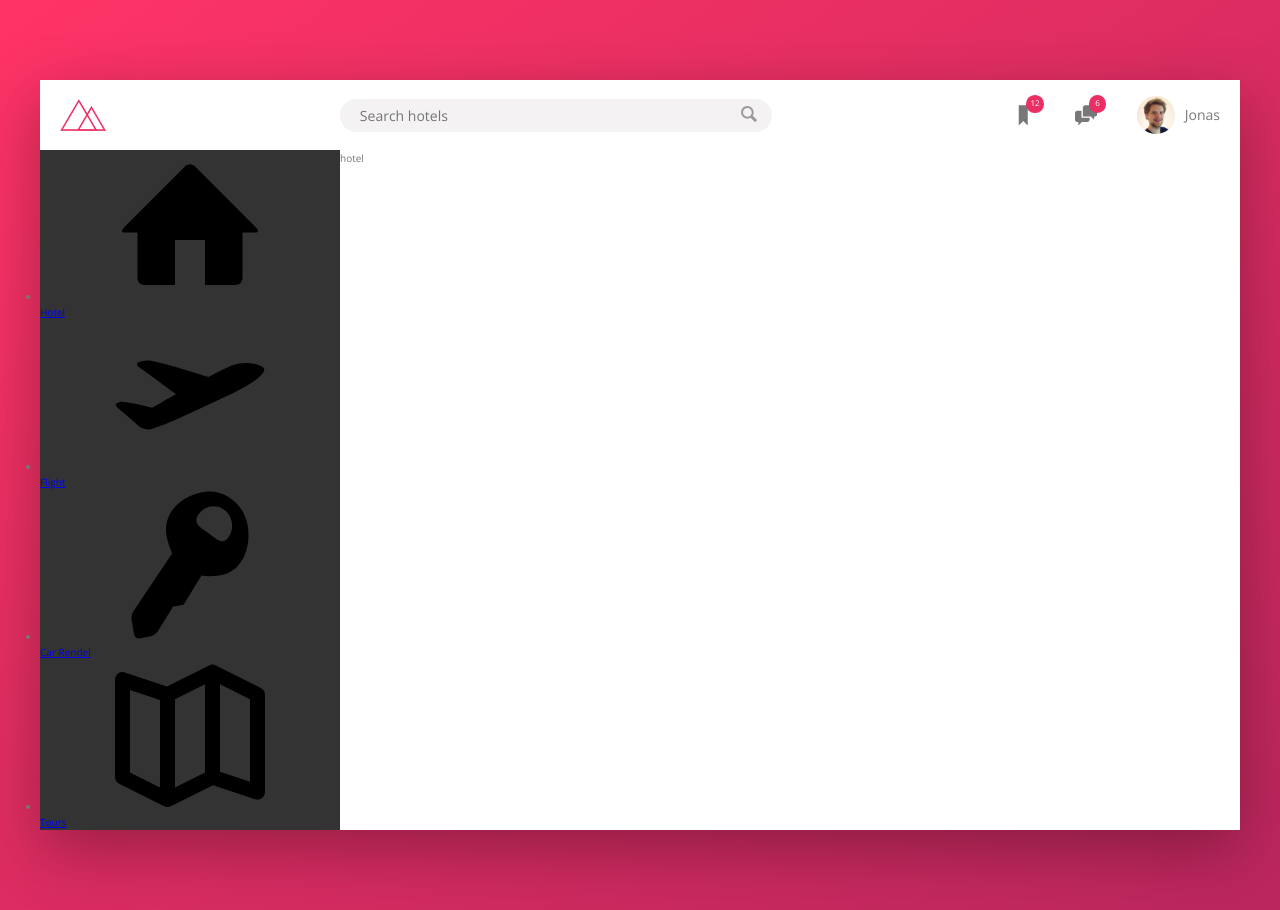
Repository: mohamediyas/flex_website
Page: index.html
These files come from the project's save history. The page is drawn as it stood at one moment and after the next save; the edit follows.
The browser window is 1280 px wide. The pictures show the whole page.
The style sheet was rebuilt from its Sass, Less or Tailwind sources for each picture, by a compiler version that may differ from the author's.

Above is the page before, as saved 2022-07-31 19:46:37.

### index.html
<!DOCTYPE html>
<html lang="en">
  <head>
    <meta charset="UTF-8" />
    <meta name="viewport" content="width=device-width, initial-scale=1.0" />
    <meta http-equiv="X-UA-Compatible" content="ie=edge" />

    <link
      href="https://fonts.googleapis.com/css?family=Open+Sans:300,400,600"
      rel="stylesheet"
    />
    <link rel="stylesheet" href="css/style.css" />
    <link rel="shortcut icon" type="image/png" href="img/favicon.png" />

    <title>nexter &mdash; your home, your freedom</title>
  </head>
  <body>
    <div class="container">
      <header class="header">
        <img src="img/logo.png" alt="trilio logo" class="logo" />
        <form action="#" class="search">
          <input
            type="text"
            class="search__input"
            placeholder="Search hotels"
          />
          <button class="search__button">
            <svg class="search__icon">
              <use xlink:href="img/sprite.svg#icon-magnifying-glass"></use>
            </svg>
          </button>
        </form>

        <nav class="user-nav">
          <div class="user-nav__icon-box">
            <svg class="user-nav__icon">
              <use xlink:href="img/sprite.svg#icon-bookmark"></use>
            </svg>
            <span class="user-nav__notification">12</span>
          </div>
          <div class="user-nav__icon-box">
            <svg class="user-nav__icon">
              <use xlink:href="img/sprite.svg#icon-chat"></use>
            </svg>
            <span class="user-nav__notification">6</span>
          </div>
          <div class="user-nav__user">
            <img
              src="img/user.jpg"
              alt="user image"
              class="user-nav__user-photo"
            />
            <span class="user-nav__user-name">Jonas</span>
          </div>
        </nav>
      </header>
      <div class="content">
        <nav class="sidebar">
          <ul class="side-nav">
            <li class="side-nav__item">
              <a href="#" class="side-nav__link">
                <svg class="side-nav__icon">
                  <use xlink:href="img/sprite.svg#icon-home"></use>
                </svg>
                <span>Hotel</span>
              </a>
            </li>
            <li class="side-nav__item">
              <a href="#" class="side-nav__link">
                <svg class="side-nav__icon">
                  <use xlink:href="img/sprite.svg#icon-aircraft-take-off"></use>
                </svg>
                <span>Flight</span>
              </a>
            </li>
            <li class="side-nav__item">
              <a href="#" class="side-nav__link">
                <svg class="side-nav__icon">
                  <use xlink:href="img/sprite.svg#icon-key"></use>
                </svg>
                <span>Car Rendel</span>
              </a>
            </li>
            <li class="side-nav__item">
              <a href="#" class="side-nav__link">
                <svg class="side-nav__icon">
                  <use xlink:href="img/sprite.svg#icon-map"></use>
                </svg>
                <span>Tours</span>
              </a>
            </li>
          </ul>
        </nav>
        <main class="hotel">hotel</main>
      </div>
    </div>
  </body>
</html>

### sass/_base.scss
// COLOR VARIABLES

:root {
  --color-primary: #eb2f64;
  --color-primary-light: #ff3366;
  --color-primary-dark: #ba265d;

  --color-grey-light-1: #faf9f9;
  --color-grey-light-2: #f4f2f2;
  --color-grey-light-3: #f0eeee;
  --color-grey-light-4: #ccc;

  --color-grey-dark-1: #333;
  --color-grey-dark-2: #777;
  --color-grey-dark-3: #999;

  --shadow-dark: 0 2rem 6rem rgba(0, 0, 0, 0.3);
  --shadow-light: 0 2rem 5rem rgba(0, 0, 0, 0.06);

  --line: 1px solid var(--color-grey-light-2);
}

* {
  margin: 0;
  padding: 0;
}

*,
*::after,
*::before {
  box-sizing: inherit;
}

html {
  box-sizing: border-box;
  font-size: 62.5%;
}

body {
  background-image: linear-gradient(
    to right bottom,
    var(--color-primary-light),
    var(--color-primary-dark)
  );
  font-family: "Open Sans", sans-serif;
  font-weight: 400;
  line-height: 1.6;
  background-size: cover;
  background-repeat: no-repeat;
  min-height: 100vh;
  color: var(--color-grey-dark-2);
}

### sass/_components.scss
.logo {
  height: 3.25rem;
  margin-left: 2rem;
}

.search {
  flex: 0 0 40%;

  display: flex;
  justify-content: center;
  align-items: center;

  &__input {
    font-family: inherit;
    font-size: inherit;
    background-color: var(--color-grey-light-2);
    border: none;
    color: inherit;
    padding: 0.7rem 2rem;
    border-radius: 100px;
    width: 90%;
    transition: all 0.2s;
    margin-right: -3.25rem;
    &:focus {
      outline: none;
      width: 100%;
      background-color: var(--color-grey-light-3);
    }
  }

  &::-webkit-input-placeholder {
    font-weight: 100;
    color: var(--color-grey-light-4);
  }

  &__input:focus + &__button {
    background-color: var(--color-grey-light-3);
  }

  &__button {
    border: none;
    background-color: var(--color-grey-light-2);

    &:focus {
      outline: none;
    }

    &:active {
      transform: translateY(2px);
    }
  }

  &__icon {
    height: 2rem;
    width: 2rem;
    fill: var(--color-grey-dark-3);
  }
}

.user-nav {
  align-self: stretch;
  display: flex;
  align-items: center;

  & > * {
    padding: 0 2rem;
    cursor: pointer;
    height: 100%;
    display: flex;
    align-items: center;
  }

  & > *:hover {
    background-color: var(--color-grey-light-2);
  }

  &__icon-box {
    position: relative;
  }

  &__icon {
    height: 2.25rem;
    width: 2.25rem;
    fill: var(--color-grey-dark-2);
  }

  &__notification {
    font-size: 0.8rem;
    height: 1.75rem;
    width: 1.75rem;
    border-radius: 50%;
    background-color: var(--color-primary);
    color: #fff;
    position: absolute;
    top: 1.5rem;
    right: 1.1rem;
    display: flex;
    justify-content: center;
    align-items: center;
  }

  &__user {
  }

  &__user-photo {
    height: 3.75rem;
    border-radius: 50%;
    margin-right: 1rem;
  }

  &__user-name {
  }
}

### sass/_layout.scss
.container {
  max-width: 120rem;
  margin: 8rem auto;
  background-color: var(--color-grey-light-2);
  box-shadow: var(--shadow-dark);
  min-height: 50rem;
}

.header {
  font-size: 1.4rem;
  height: 7rem;
  background-color: #fff;
  border-bottom: var(--color-grey-light-2);
  display: flex;
  justify-content: space-between;
  align-items: center;
}

.content {
  display: flex;
}

.sidebar {
  background-color: var(--color-grey-dark-1);
  flex: 0 0 18%;
}

.hotel {
  background-color: #fff;
  flex: 1;
}

Loaded but not shown: sass/main.scss (common file)

After the next save:
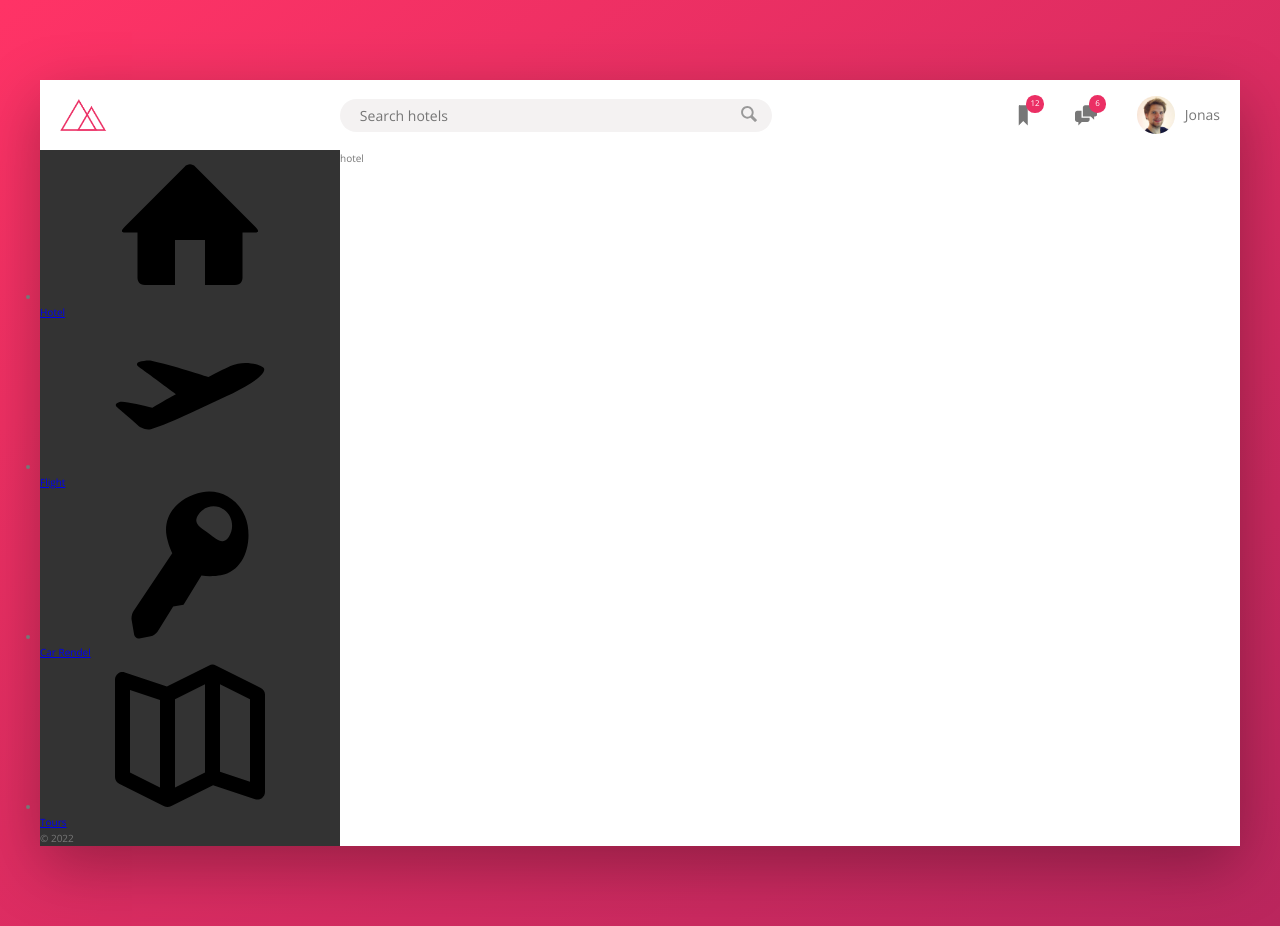
Saved 62 s later.
--- a/index.html
+++ b/index.html
@@ -90,6 +90,7 @@
               </a>
             </li>
           </ul>
+          <div class="legal">&copy; 2022</div>
         </nav>
         <main class="hotel">hotel</main>
       </div>
